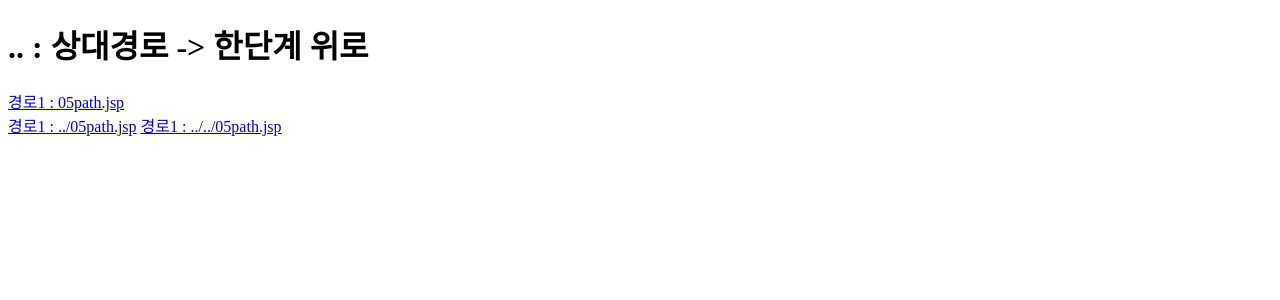
Repository: JJinBBangg/JSP
Page: http://localhost/jsp/ch07/lecture/04path/04path.jsp
An editor plug-in stored every save of this project. The page is shown before and after the next save, followed by the edit.
The browser window is 1280 px wide. The pictures show the whole page.
The page is served by Tomcat 9. Other server files are loaded and not shown.

Above is the page before, as saved 2023-03-30 01:16:59.

### jsp/src/main/webapp/ch07/lecture/04path/04path.jsp
<%@ page language="java" contentType="text/html; charset=UTF-8"
    pageEncoding="UTF-8"%>
<%@ page import="java.util.*"%>
<!DOCTYPE html>
<html>
<head>
<meta charset="UTF-8">
<title>Insert title here</title>
</head>
<body>
	<h1>.. : 상대경로 -> 한단계 위로 </h1>
	<a href="05path.jsp">경로1 : 05path.jsp</a> <br />
	<a href="../05path.jsp">경로1 : ../05path.jsp</a>
	<a href="../../05path.jsp">경로1 : ../../05path.jsp</a>
</body>
</html>

After the next save:
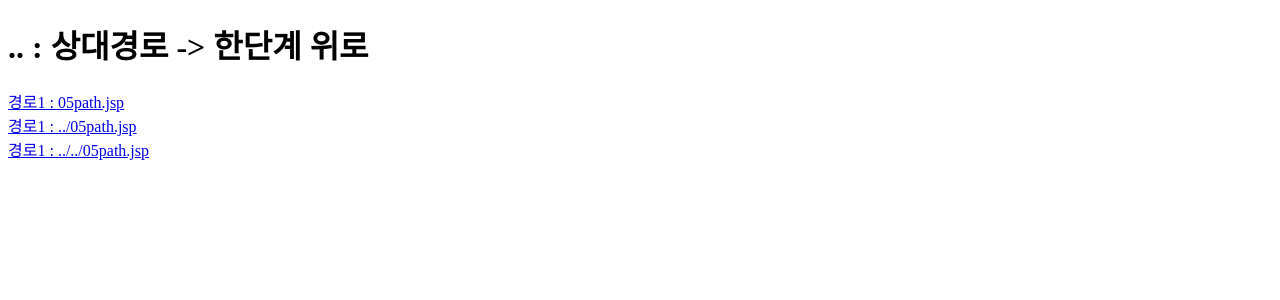
Saved 16 s later.
--- a/jsp/src/main/webapp/ch07/lecture/04path/04path.jsp
+++ b/jsp/src/main/webapp/ch07/lecture/04path/04path.jsp
@@ -10,7 +10,7 @@
 <body>
 	<h1>.. : 상대경로 -> 한단계 위로 </h1>
 	<a href="05path.jsp">경로1 : 05path.jsp</a> <br />
-	<a href="../05path.jsp">경로1 : ../05path.jsp</a>
+	<a href="../05path.jsp">경로1 : ../05path.jsp</a> <br />
 	<a href="../../05path.jsp">경로1 : ../../05path.jsp</a>
 </body>
 </html>
